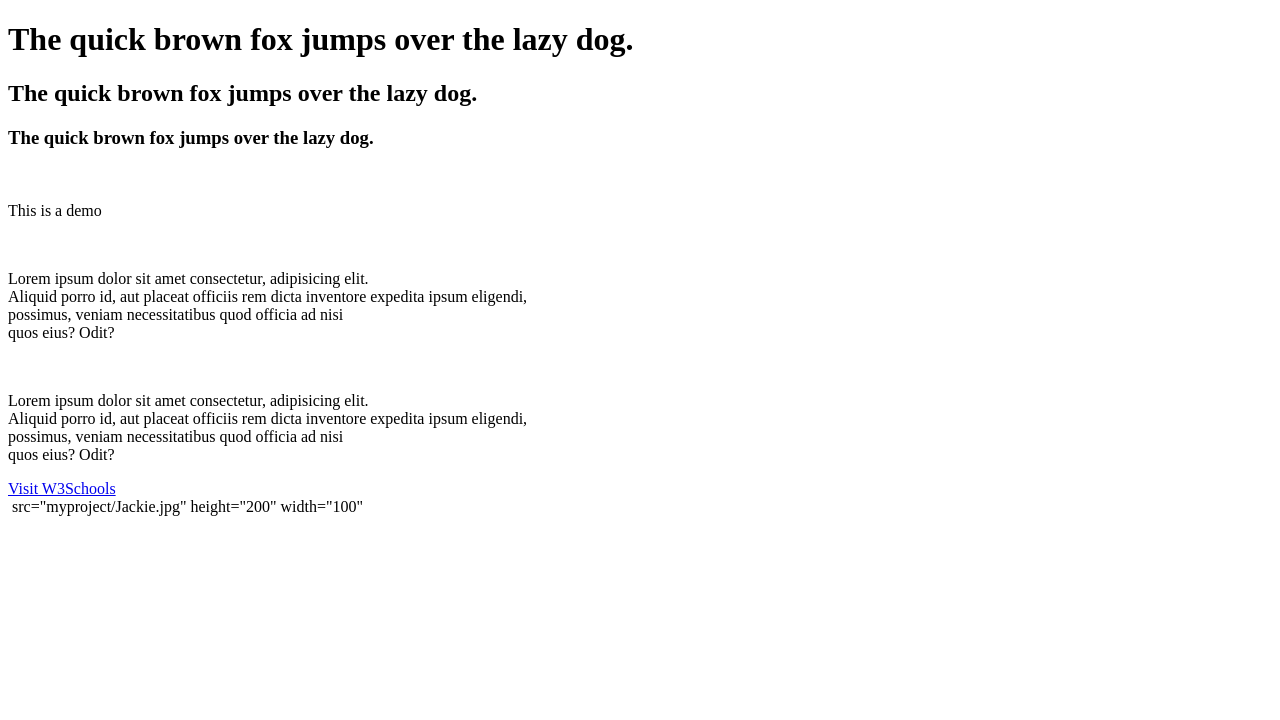
Repository: PhilipMuturi/website
Page: website/index.html
The author's editor kept a copy of each file at every save. The page is drawn from the files as they stood at one save, then again after the next save.
The browser window is 1280 px wide. The pictures show the whole page.

Above is the page before, as saved 2023-11-29 14:13:55.

After the next save:
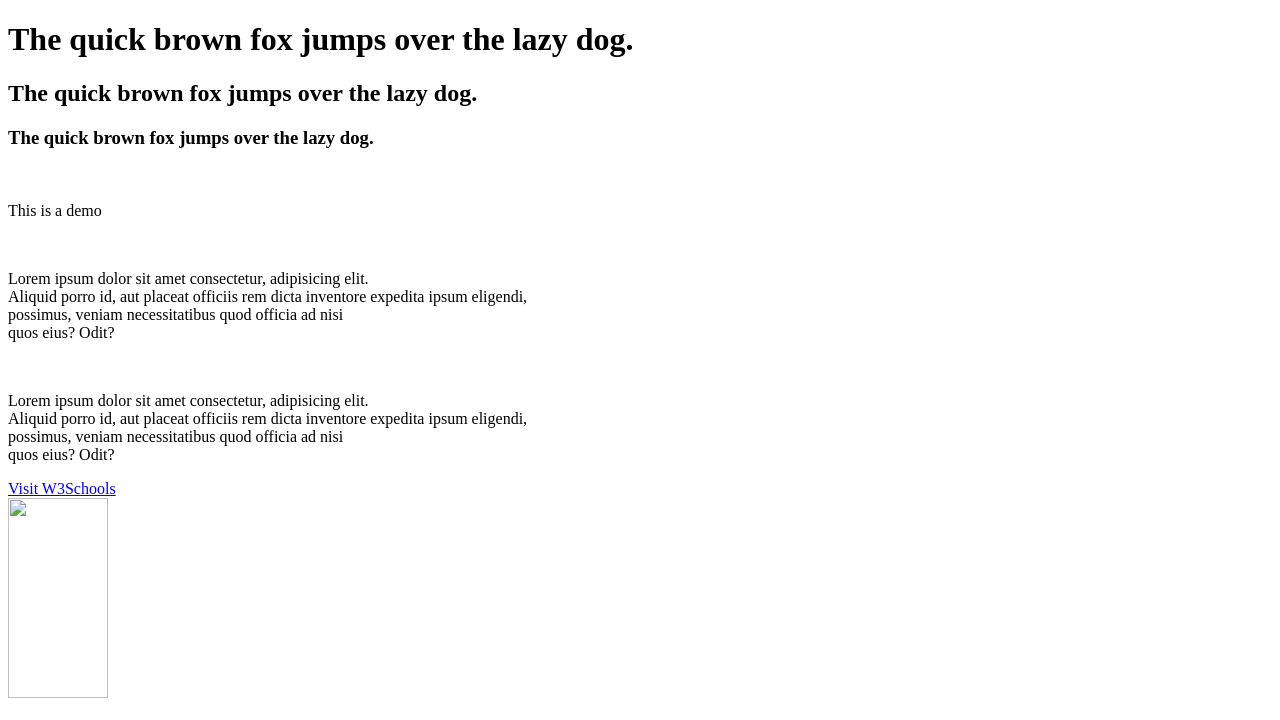
Not found: website/myproject/Jackie.jpg
Saved 2 min 59 s later.
--- a/website/index.html
+++ b/website/index.html
@@ -30,6 +30,6 @@
 
              <a href="https://www.w3schools.com">Visit W3Schools</a>
              <br>
-             <img> src="myproject/Jackie.jpg" height="200" width="100"</img>
+             <img src="myproject/Jackie.jpg" height="200" width="100">
     </body>
 </html>

After the save that followed:
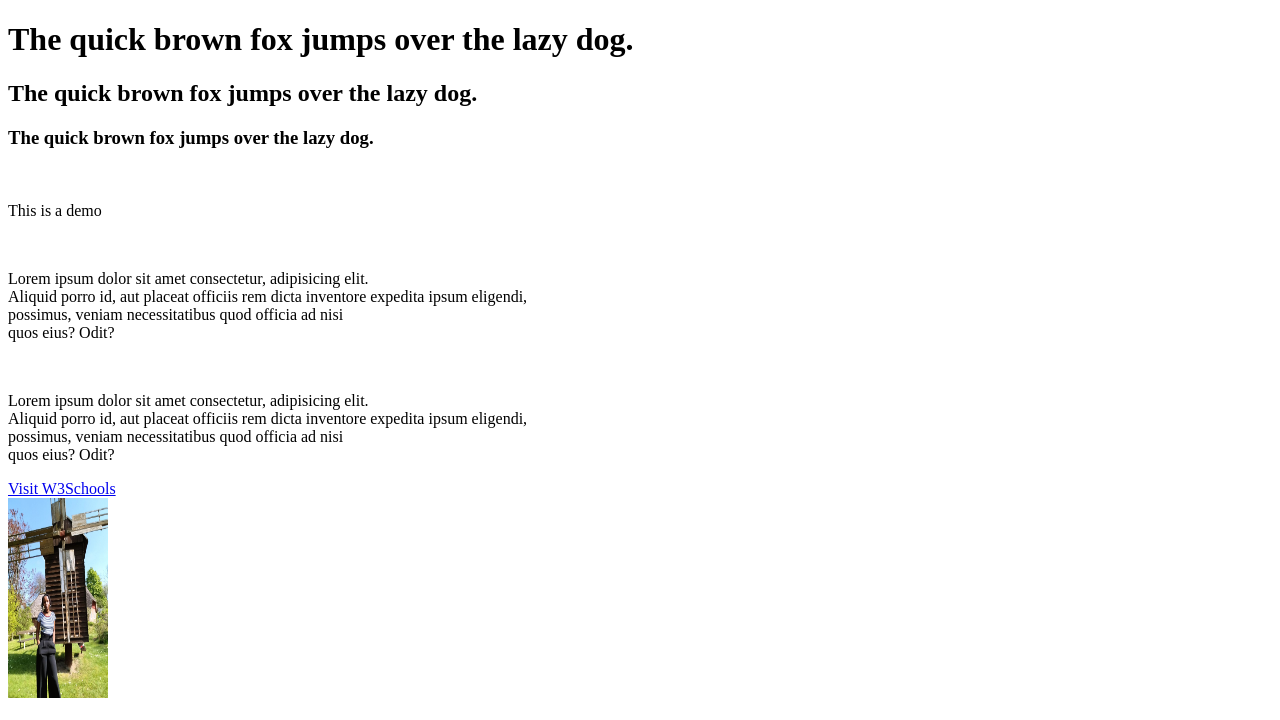
Saved 3 min 37 s later.
--- a/website/index.html
+++ b/website/index.html
@@ -30,6 +30,6 @@
 
              <a href="https://www.w3schools.com">Visit W3Schools</a>
              <br>
-             <img src="myproject/Jackie.jpg" height="200" width="100">
+             <img src="Jackie.jpg" height="200" width="100">
     </body>
 </html>
